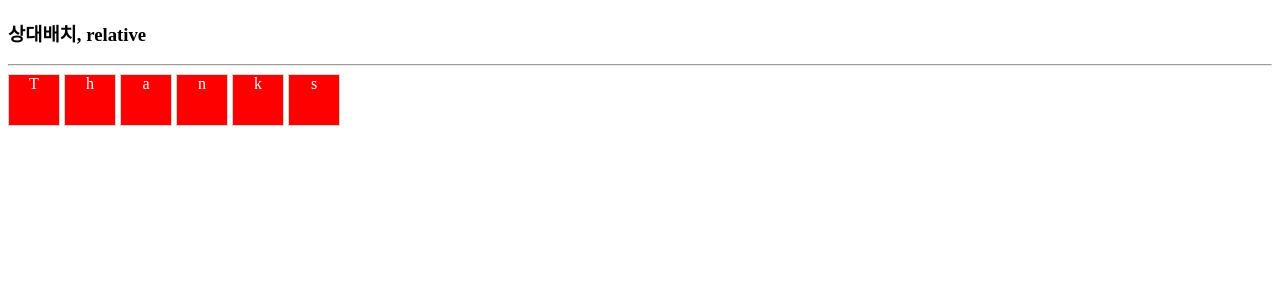
Repository: codelily98/Web
Page: CSS3/src/main/webapp/05_cssPositioning/exam05.html
These files come from the project's save history. The page is drawn as it stood at one moment and after the next save; the edit follows.
The browser window is 1280 px wide. The pictures show the whole page.

Above is the page before, as saved 2024-08-12 07:14:35.

### CSS3/src/main/webapp/05_cssPositioning/exam05.html
<!DOCTYPE html>
<html>
<head>
<meta charset="UTF-8">
<title>Insert title here</title>
<style type="text/css">
div {
	display: inline-block;
	width: 50px;
	height: 50px;
	border: 1px solid lightgray;
	text-align: center;
	color: white;
	background: red;
}
#down:hover {
	position: relative;
	/* right: 20px; */
	left: -20px;
	/* bottom: 20px; */
	top: -20px;
	background-color: blue;
}
#up{

}
</style>
</head>
<body>
	<h3>상대배치, relative</h3>
	<hr>
	<div>T</div>
	<div id="down">h</div>
	<div>a</div>
	<div>n</div>
	<div id="up">k</div>
	<div>s</div>
</body>
</html>

<!--
position 속성
- 값으로는 absolute, relative, fixed의 3가지가 있다.
- 이렇게 설정된 후에는 left, right, top, bottom 속성으로 그 위치를 지정하게 된다.

(1) position: absolute;
  - 부모 tag의 위치를 기준으로 상대적으로 배치
  - HTML 문서에 2개 이상의 요소가 나열되면, 뒤에 배치되는 요소는 앞에 놓인 요소를 기준으로
    배치된다. 하지만, ‘position: absolute’으로 지정하면, 다음 요소가 이 블록을 인지하지 못한 채
	오로지 주어진 절대값을 기준으로 배치된다.
  - ‘position: absolute’ 지정한 후, left, right, top, bottom 속성으로 그 위치를 지정할 수 있다.

(2) position: relative;
  - 자기 자신을 기준으로 상대적으로 배치
  - 기준값 기준으로 상대적으로 배치된다.
  - ‘position: relative’로 지정된 후, left, right, top, bottom의 위치 값들은 relative가 지정된 블록 그
 자신의 위치에서 지정한 값만큼 이동하게 된다.
  - ‘position: absolute’를 지정하는 경우, 이를 감싸는 블록에는 ‘position: relative’로 지정해야 한다.

(3) position: fixed;
  - 뷰포트를 기준으로 상대적으로 배치
  - 위치는 항상 <body>를 기준으로 위치된다.
  - 위치는 고정이다.

(4) z-index
  - position을 지정한 여러 블록이 겹치게 되면, 나중에 작성한 블록이 위로 올라가게 된다.
  - z-index 속성으로 블록의 위, 아래의 위치를 조정할 수 있다.
  - z-index의 큰 값이 위로 올라간다.
  - 기본값이 0, 음수 ~ 양수까지 줄 수 있다
 -->

After the next save:
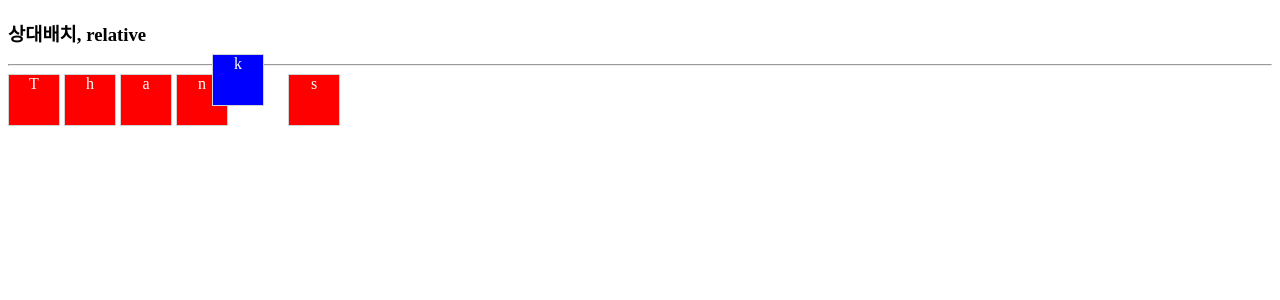
Saved 106 s later.
--- a/CSS3/src/main/webapp/05_cssPositioning/exam05.html
+++ b/CSS3/src/main/webapp/05_cssPositioning/exam05.html
@@ -14,15 +14,15 @@
 	background: red;
 }
 #down:hover {
+
+}
+#up{
 	position: relative;
 	/* right: 20px; */
 	left: -20px;
 	/* bottom: 20px; */
 	top: -20px;
 	background-color: blue;
-}
-#up{
-
 }
 </style>
 </head>

After the save that followed:
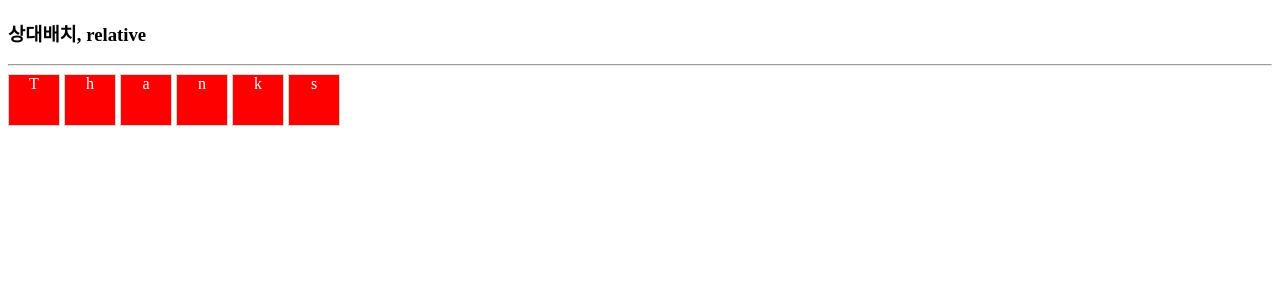
Saved 5 s later.
--- a/CSS3/src/main/webapp/05_cssPositioning/exam05.html
+++ b/CSS3/src/main/webapp/05_cssPositioning/exam05.html
@@ -16,7 +16,7 @@
 #down:hover {
 
 }
-#up{
+#up:hover {
 	position: relative;
 	/* right: 20px; */
 	left: -20px;
